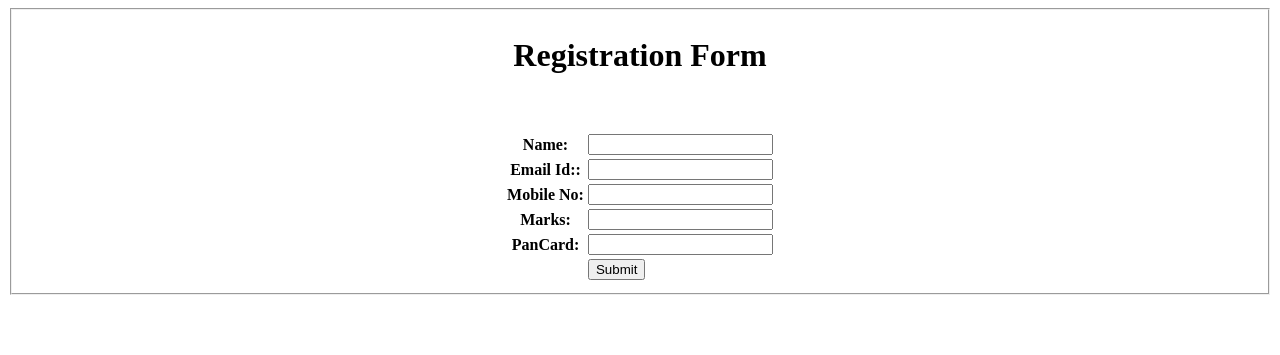
Repository: poojagupta18/Practice-Java
Page: http://localhost/MyOnlineInterviewProcess/RegistrationPortal.jsp
These files come from the project's save history. The page is drawn as it stood at one moment and after the next save; the edit follows.
The browser window is 1280 px wide. The pictures show the whole page.
The page is served by Tomcat 9.

Above is the page before, as saved 2019-12-04 11:44:34.

### java Training/java/Online-Interview-Process/MyOnlineInterviewProcess/WebContent/RegistrationPortal.jsp
<%@ page language="java" contentType="text/html; charset=ISO-8859-1"
	pageEncoding="ISO-8859-1"%>
<!DOCTYPE html>
<html>
<head>
<meta charset="ISO-8859-1">
<title>Insert title here</title>
</head>
<body>
	<form action="_______" method="post" enctype="multipart/form-data">
	<fieldset>
	<center>
		<h1>Registration Form</h1>
			<br>
			<br>
		<table>
			<tr>
				<th>Name:</th>
				<td><input type="text" name="studentName"></td>
			</tr>
			<tr>
				<th>Email Id::</th>
				<td><input type="text" name="email"></td>
			</tr>
			<tr>
				<th>Mobile No:</th>
				<td><input type="text" name="mobile"></td>
			</tr>
			<tr>
				<th>Marks:</th>
				<td><input type="text" name="marks"></td>
			</tr>
			<tr>
				<th>PanCard:</th>
				<td><input type="text" name="pancard"></td>
			</tr>
			<tr>
				<th></th>
				<td><input type="submit" value="Submit"></td>
			</tr>
		</table>
		</center>
		</fieldset>
	</form>
</body>
</html>

After the next save:
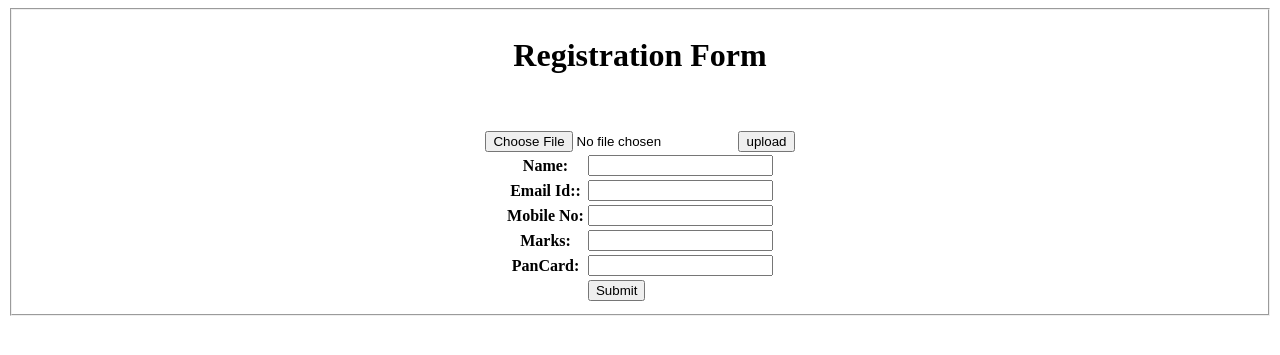
Saved 19 s later.
--- a/java Training/java/Online-Interview-Process/MyOnlineInterviewProcess/WebContent/RegistrationPortal.jsp
+++ b/java Training/java/Online-Interview-Process/MyOnlineInterviewProcess/WebContent/RegistrationPortal.jsp
@@ -36,6 +36,8 @@
 			</tr>
 			<tr>
 				<th></th>
+				 <input type="file" name="file" />
+                <input type="submit" value="upload" />
 				<td><input type="submit" value="Submit"></td>
 			</tr>
 		</table>
